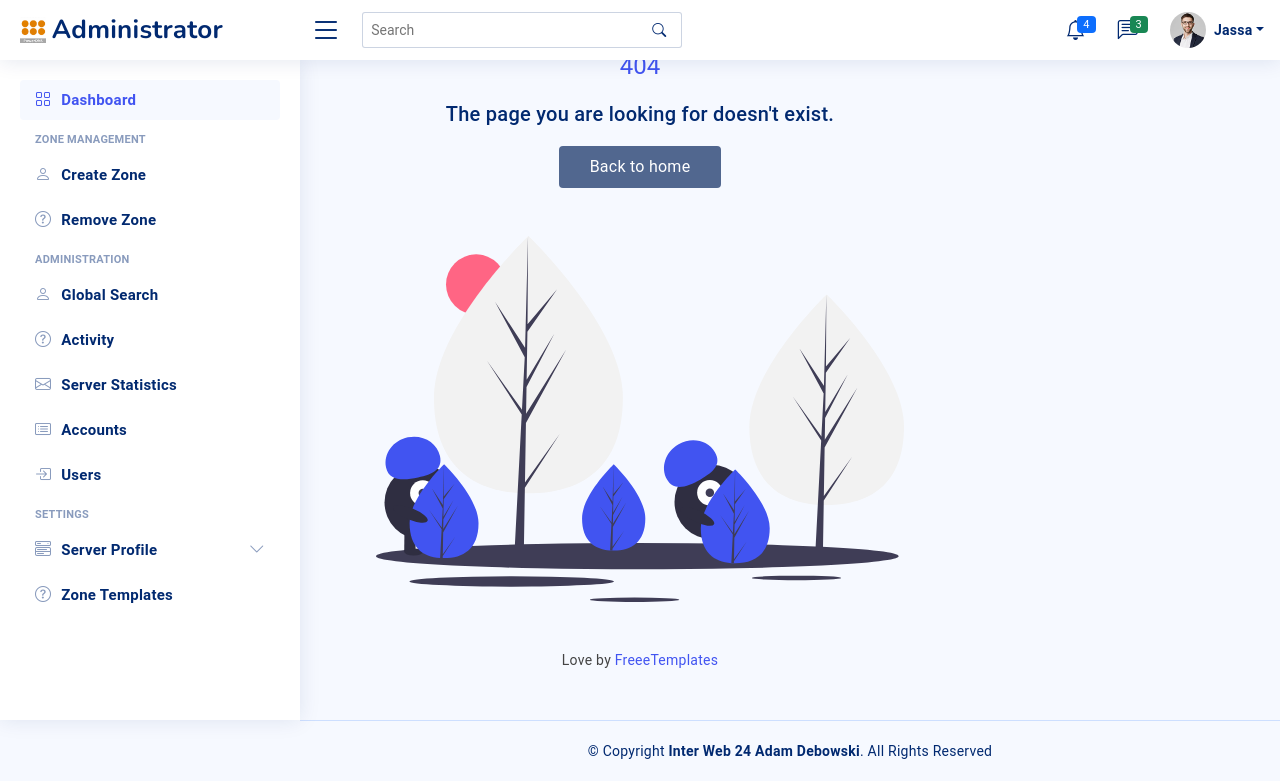
Repository: Adamd5x/PowerDNS-Admin
Page: /settings (app in src/hipowerdns-admin/)
An editor plug-in stored every save of this project. The page is shown before and after the next save, followed by the edit.
The browser window is 1280 px wide. The pictures show the whole page.
The page's requests for data from a server got no answer. The project was rebuilt for these pictures with package versions that can differ from the ones it lists, and the page was loaded fresh each time. No one was signed in, and anything a server would have sent is missing. Also part of the build but not shown: src/hipowerdns-admin/angular.json, src/hipowerdns-admin/src/app/pages/dashboard/dashboard.component.ts, src/hipowerdns-admin/src/app/modules/settings/home/home.component.ts, src/hipowerdns-admin/src/app/modules/settings/zone-templates/templates-home/templates-home.component.ts.

Above is the page before, as saved 2024-05-17 07:51:11.

After the next save:
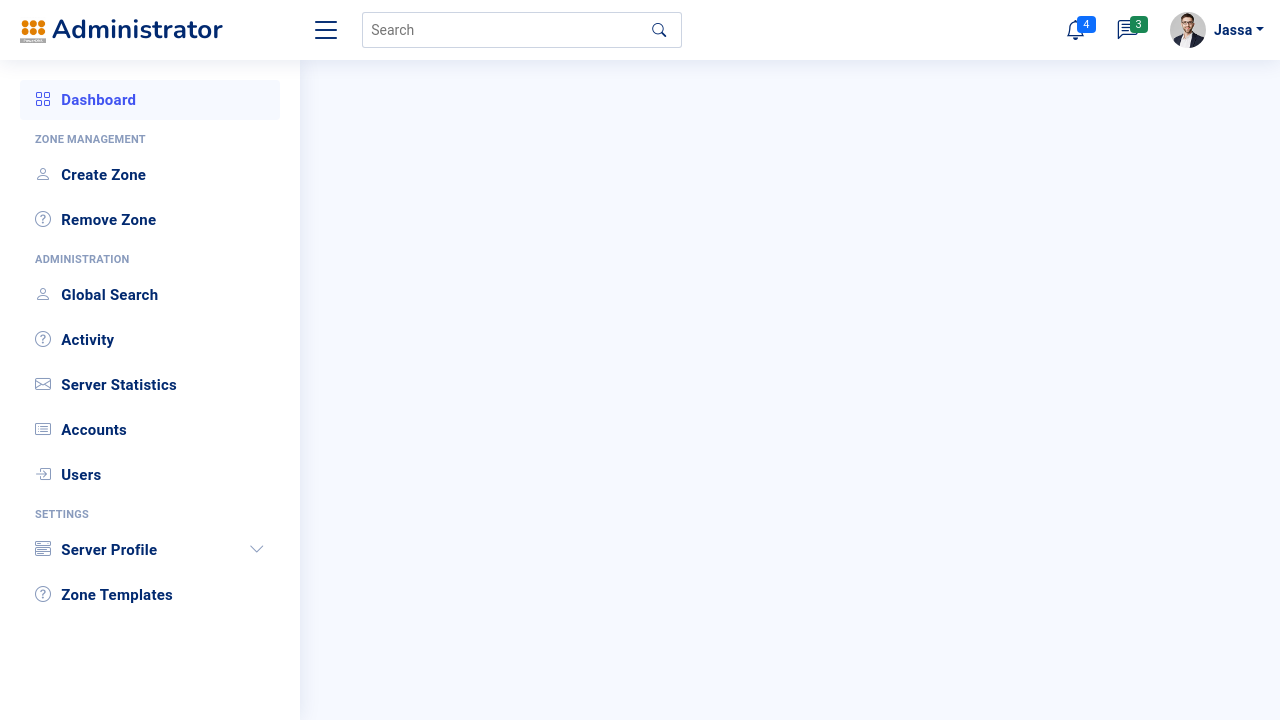
Saved 2 min 25 s later.
--- a/src/hipowerdns-admin/src/app/app-routing.module.ts
+++ b/src/hipowerdns-admin/src/app/app-routing.module.ts
@@ -13,8 +13,16 @@ const routes: Routes = [
     'loadChildren': () => import('./modules/dashboard/dashboard.module').then(m => m.DashboardModule)
   },
   {
+    'path': 'zones',
+    'loadChildren' : () => import('./modules/zone-management/zone-management.module').then(m => m.ZoneManagementModule)
+  },
+  {
     'path': 'administration',
     'loadChildren' : () => import('./modules/administration/administration.module').then(m => m.AdministrationModule)
+  },
+  {
+    'path': 'settings',
+    'loadChildren': () => import('./modules/settings/settings.module').then(m => m.SettingsModule)
   },
   {
     'path' : '**',
